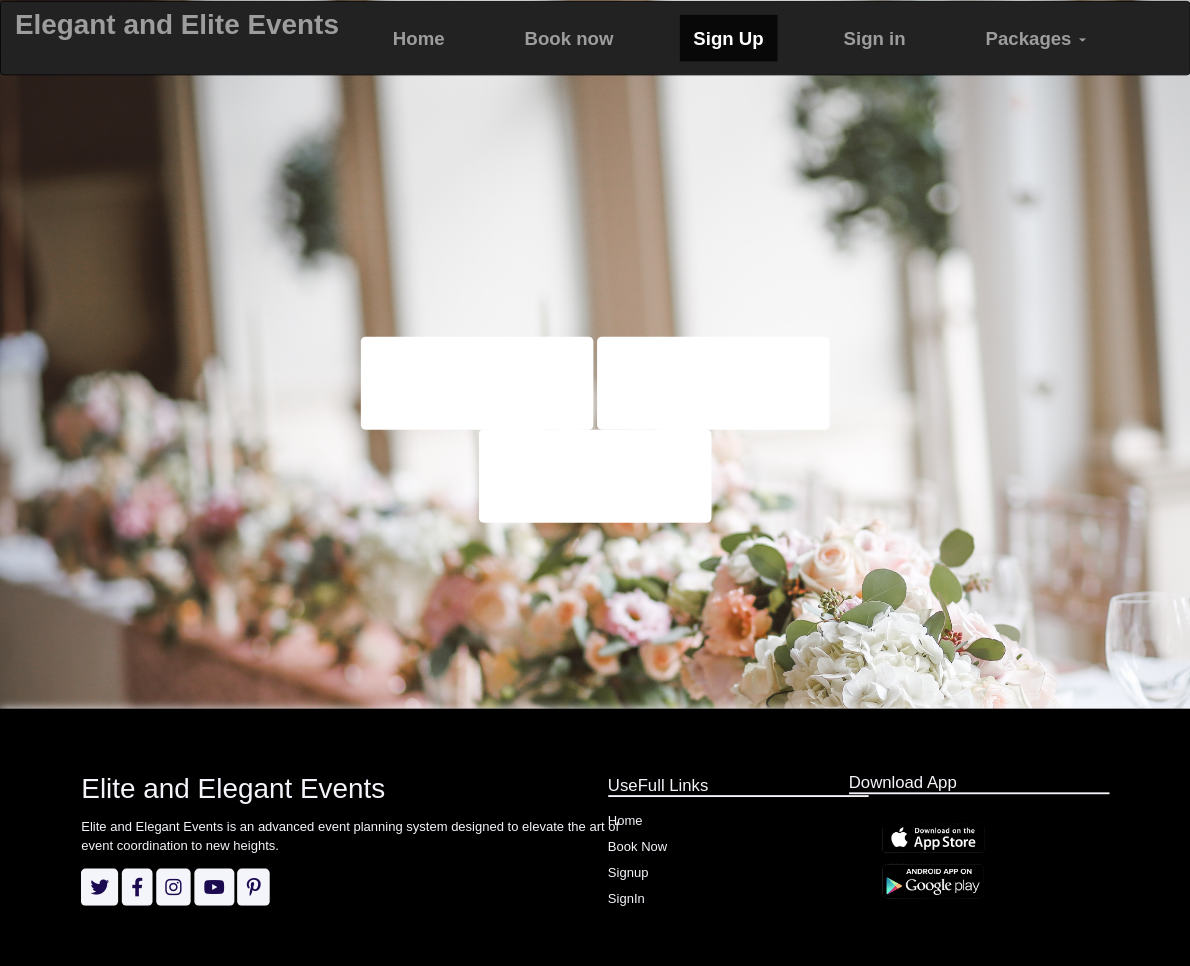
Repository: it22272690/Event-Planning-System
Page: http://localhost/PaymentDemo/useraccount.jsp
An editor plug-in stored every save of this project. The page is shown before and after the next save, followed by the edit.
The browser window is 1280 px wide. The pictures show the whole page, at 93% of full size.
Some web fonts or font styles are not loaded; a fallback is used. The page is served by Tomcat 10.

Above is the page before, as saved 2023-10-24 09:34:06.

After the next save:
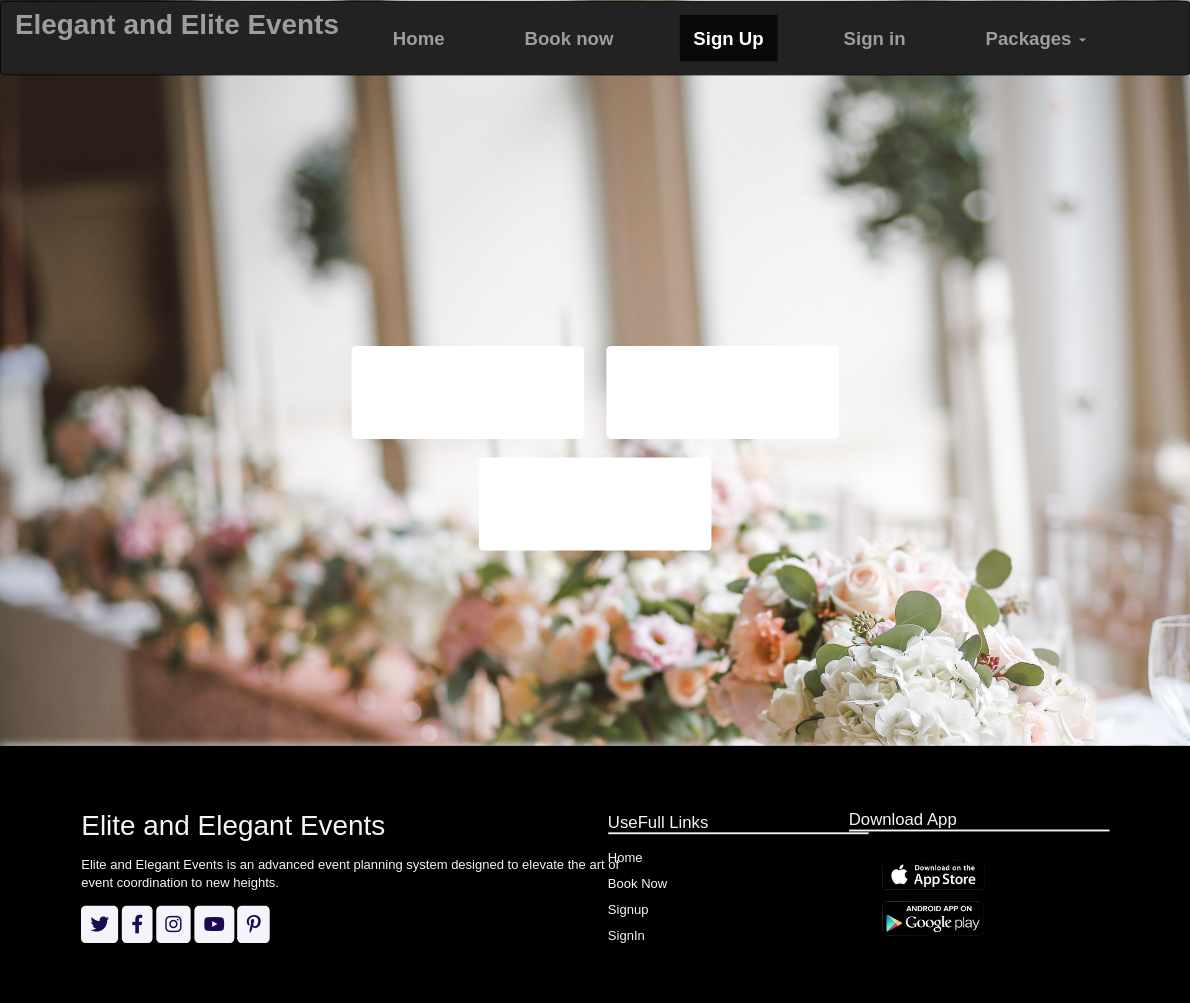
Saved 51 s later.
--- a/PaymentDemo/src/main/webapp/useraccount.jsp
+++ b/PaymentDemo/src/main/webapp/useraccount.jsp
@@ -39,6 +39,18 @@
             background-image: url("images/useraccount.jpg");
             background-size: cover
         }
+        button {
+	width: 200px;
+    height: 200px;
+    padding: 30px 30px;
+    background-color: rgb(255, 255, 255);
+    color: #fff;
+    border: none;
+    border-radius: 5px;
+    cursor: pointer;
+    margin: 10px; /* Increase the margin for more space between buttons */
+
+}
     </style>
         <header>
 
